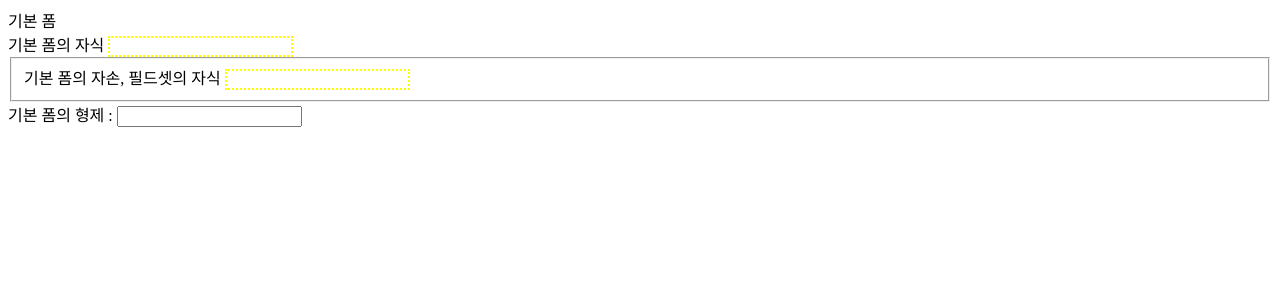
Repository: reddrinkbro/JSPStudy
Page: jQuery/WebContent/2계층선택자/9.html
These files come from the project's save history. The page is drawn as it stood at one moment and after the next save; the edit follows.
The browser window is 1280 px wide. The pictures show the whole page.

Above is the page before, as saved 2020-04-21 05:16:07.

After the next save:
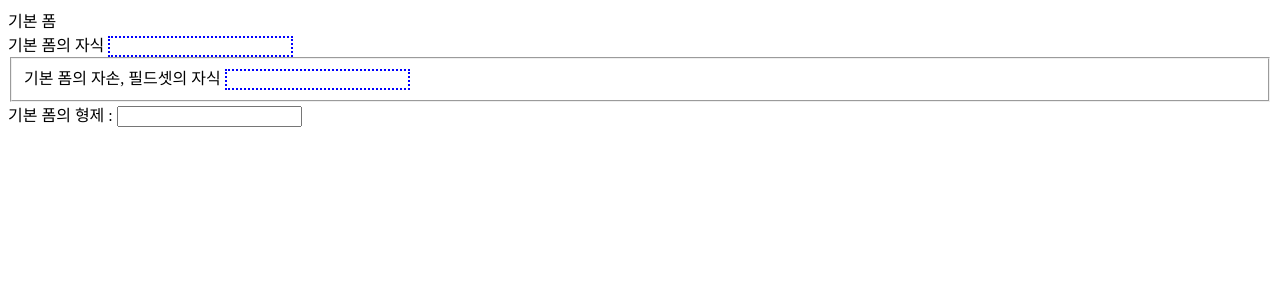
Saved 9 s later.
--- a/jQuery/WebContent/2계층선택자/9.html
+++ b/jQuery/WebContent/2계층선택자/9.html
@@ -20,7 +20,7 @@
 		$(function(){
 
 			//<form>태그의 자손 태그 중에서 <input>태그를 선택해 border속성의 값을 설정함
-			$("form input").css("border", "2px dotted yellow");
+			$("form input").css("border", "2px dotted blue");
 		});
 	</script>
 </head>
